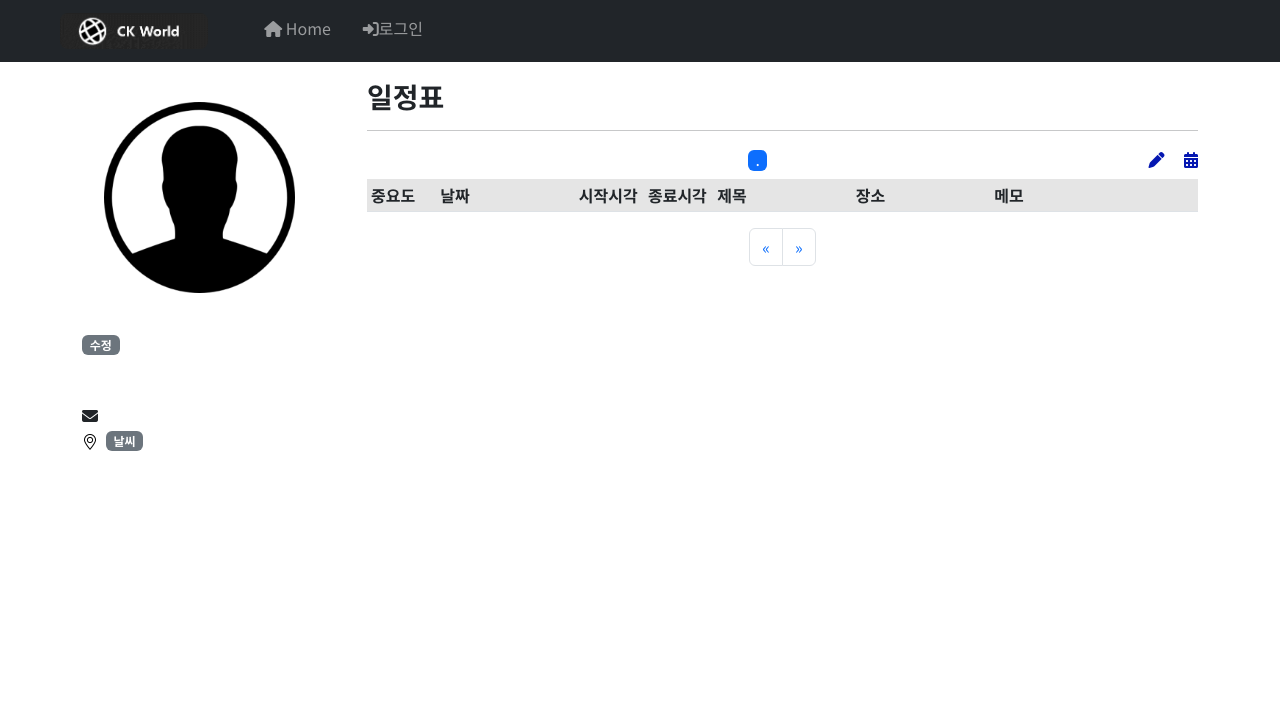
Repository: ssmpet/Spring-BBS-2023.07
Page: http://localhost/sbbs/WEB-INF/view/schedule/list.jsp
The author's editor kept a copy of each file at every save. The page is drawn from the files as they stood at one save, then again after the next save.
The browser window is 1280 px wide. The pictures show the whole page.
Some web fonts or font styles are not loaded; a fallback is used. Some web libraries are served in a nearby version. The page is served by Tomcat 9. Nobody is signed in. Other server files are loaded and not shown. The template is opened directly, without the code that normally fills it, so the values that code supplies are empty.

Above is the page before, as saved 2023-08-02 06:41:53.

### sbbs/src/main/webapp/WEB-INF/view/schedule/list.jsp
<%@ page language="java" contentType="text/html; charset=UTF-8" pageEncoding="UTF-8"%>
<%@ taglib prefix="c" uri="http://java.sun.com/jsp/jstl/core"%>
<%@ taglib prefix="fn" uri="http://java.sun.com/jsp/jstl/functions" %>

<!DOCTYPE html>
<html>
<head>
	<%@ include file="../common/head.jspf" %>
	<style>
		td { text-align: center;}
		.disabled-link { pointer-events: none;}
	</style>
	 <script>
    	function addAnniversary() {
    		$('#addAnnivModal').modal('show');
    	}
    	function getDate(sdate, index) {
    		sdate = sdate + '';
    		let day = new Date(sdate.substring(0,4)+'-'+sdate.substring(4,6)+'-'+sdate.substring(6,8));
    		let date = '일 월 화 수 목 금 토'.split(' ')[day.getDay()];
    		$('#d'+index).text('(' + date + ')');
    	}
    </script>
</head>
<body>

	<%@ include file="../common/top.jspf" %>
 	<div class="container" style="margin-top: 80px;">
    	<div class="row">
			<%@ include file="../common/aside.jspf" %>

			<!-- =================== main =================== -->
            <div class="col-sm-9">
            	<h3><strong>일정표</strong></h3>
            	<hr>
                <div class="d-flex justify-content-between">
                    <div>${today}</div>
                    <div>
                        <span class="badge bg-primary mx-2">${year}.${month}</span>
                    </div>
                    <div>
                    	<a href="#" onclick="addAnniversary()"><i class="fa-solid fa-pen me-3"></i></a>
                    	<a href="/schedule/calendar"><i class="fa-solid fa-calendar-days"></i></a>
                    </div>
                </div>
                <table class="table table-sm mt-2">
                    <tr class="table-active d-flex">
                        <th class="col-1">중요도</th>
                        <th class="col-2">날짜</th>
                        <th class="col-1">시작시각</th>
                        <th class="col-1">종료시각</th>
                        <th class="col-2">제목</th>
                        <th class="col-2">장소</th>
                        <th class="col-3">메모</th>
                    </tr>
                <c:forEach var="sched" items="${schedList}" varStatus="loop">
                    <tr class="d-flex">
                        <td class="col-1" style="text-align: center;">
                        	<input type="checkbox" ${sched.isImportant eq 1 ? 'checked' : ''}>
                        </td>
                        <td class="col-2">
                        	${fn:substring(sched.startTime, 0, 10)}<span id="d${loop.index}"></span>
                        	<script>getDate(${sched.sdate}, ${loop.index})</script>
                        </td>
                        <td class="col-1">${fn:substring(sched.startTime, 11, 16)}</td>
                        <td class="col-1">${fn:substring(sched.endTime, 11, 16)}</td>
                        <td class="col-2">${sched.title}</td>
                        <td class="col-2">${sched.place}</td>
                        <td class="col-3">${sched.memo}</td>
                    </tr>
                </c:forEach>
                </table>
                <ul class="pagination justify-content-center">
                    <li class="page-item"><a class="page-link" href="#">&laquo;</a></li>
                <c:forEach var="page" items="${pageList}" varStatus="loop">
                    <li class="page-item ${(currentSchedulePage eq page) ? 'active' : ''}">
                    	<a class="page-link" href="/schedule/list/${page}">${page}</a>
                    </li>
                </c:forEach>
                    <li class="page-item"><a class="page-link" href="#">&raquo;</a></li>
                </ul>
            </div>
            <!-- =================== main =================== -->

		</div>
    </div>
	<!-- %@ include file="../common/bottom.jspf" %-->

	<div class="modal" id="addAnnivModal">
		<div class="modal-dialog">
			<div class="modal-content">
				<!-- Modal Header -->
				<div class="modal-header">
					<h4 class="modal-title">기념일 추가</h4>
					<button type="button" class="btn-close" data-bs-dismiss="modal"></button>
				</div>

				<!-- Modal body -->
				<div class="modal-body">
					<form action="/schedule/insertAnniv" method="post">
						<table class="table table-borderless">
	                        <tr>
	                            <td style="text-align: left;">
	                                <label for="title">제목</label>
	                                <input class="ms-5 me-2" type="checkbox" name="holiday">공휴일
	                                <input class="form-control" type="text" id="title" name="title">
	                            </td>
	                        </tr>
	                        <tr>
	                            <td style="text-align: left;">
	                                <label for="annivDate">날짜</label>
	                                <input class="form-control" type="date" id="annivDate" name="annivDate">
	                            </td>
	                        </tr>
	                        <tr>
	                            <td style="text-align: right;">
	                                <button class="btn btn-primary me-2" type="submit">제출</button>
	                                <button type="button" class="btn btn-secondary" data-bs-dismiss="modal">종료</button>
	                            </td>
	                        </tr>
	                    </table>
					</form>
				</div>
			</div>
		</div>
	</div>

</body>
</html>

### sbbs/src/main/webapp/WEB-INF/view/common/head.jspf
<%@ page language="java" contentType="text/html; charset=UTF-8" pageEncoding="UTF-8"%>
<%-- <head> 태그 내에 공통으로 들어갈 내용 --%>
<meta charset="UTF-8">
<meta name="viewport" content="width=device-width, initial-scale=1.0">
<title>Spring Boot BBS sample</title>
<link href="https://cdn.jsdelivr.net/npm/bootstrap@5.2.3/dist/css/bootstrap.min.css" rel="stylesheet">
<link href="https://fonts.googleapis.com/css2?family=Noto+Sans+KR&display=swap" rel="stylesheet">
<script src="https://cdn.jsdelivr.net/npm/bootstrap@5.2.3/dist/js/bootstrap.bundle.min.js"></script>
<script src="https://code.jquery.com/jquery-3.6.4.min.js" integrity="sha256-oP6HI9z1XaZNBrJURtCoUT5SUnxFr8s3BzRl+cbzUq8=" crossorigin="anonymous"></script>
<script src="https://kit.fontawesome.com/fbb7139956.js" crossorigin="anonymous"></script>
<link href="https://fonts.googleapis.com/css2?family=Dokdo&family=Gasoek+One&family=Noto+Sans+KR:wght@100;300;400;500;700;900&display=swap" rel="stylesheet">
<%
	response.setHeader("Cache-Control","no-store");
	response.setHeader("Pragma","no-cache");
	response.setDateHeader("Expires",0);
	if (request.getProtocol().equals("HTTP/1.1"))
		response.setHeader("Cache-Control", "no-cache");
%>
<style>
	* { font-family: 'Noto Sans KR', sans-serif; }
	a { text-decoration: none; color: #0517b1;}
</style>
<script src="/sbbs/js/aside.js"></script>

### sbbs/src/main/webapp/WEB-INF/view/common/top.jspf
<%@ page language="java" contentType="text/html; charset=UTF-8" pageEncoding="UTF-8"%>
<%@ taglib prefix="c" uri="http://java.sun.com/jsp/jstl/core" %>

<%-- <body> 상단에 있는 navigation var --%>

<nav class="navbar navbar-expand-sm bg-dark navbar-dark fixed-top">
    <div class="container-fluid">
        <ul class="navbar-nav">
            <a class="navbar-brand ms-5 me-5" href="#">
                <img src="/sbbs/img/ckworld-logo.png" alt="Logo" style="height:36px;" class="rounded-3">
            </a>
            <li class="nav-item">
                <a class="nav-link" href="#"><i class="fa-solid fa-house"></i> Home</a>
            </li>
		<c:if test="${ not empty sessUid }">
            <li class="nav-item ms-3">
                <a class="nav-link ${(menu eq 'board') ? 'active' : ''}" href="/sbbs/board/list?p=1&f=&q="><i class="far fa-list-alt"></i> 게시판</a>
            </li>
            <li class="nav-item ms-3">
                <a class="nav-link  ${(menu eq 'user') ? 'active' : ''}" href="/sbbs/user/list/1"><i class="fas fa-user-friends"></i> 사용자</a>
            </li>
            <li class="nav-item ms-3">
                <a class="nav-link  ${(menu eq 'schedule') ? 'active' : ''}" href="/sbbs/schedule/calendar"><i class="fa-solid fa-calendar-days"></i> 스케줄</a>
            </li>
            <li class="nav-item ms-3">
               	<a class="nav-link" href="/sbbs/user/logout"><i class="fa-solid fa-right-from-bracket"></i> 로그아웃</a>
            </li>
		</c:if>
		<c:if test="${ empty sessUid }">
            <li class="nav-item ms-3">
               	<a class="nav-link" href="/sbbs/user/login"><i class="fa-solid fa-right-to-bracket"></i>로그인</a>
			</li>
		</c:if>
            <%--c:if test="${uid eq 'admin' }">
            	<a class="nav-link" href="/sbbs/board/testBoard">임시 게시판 등록</a>
            </c:if--%>
        </ul>
        <c:if test="${ not empty sessUid }">
        	<span class="navbar-text me-3">${uname}님 환영합니다.</span>
        </c:if>
    </div>
</nav>

### sbbs/src/main/webapp/WEB-INF/view/common/aside.jspf
<%@ page language="java" contentType="text/html; charset=UTF-8" pageEncoding="UTF-8"%>
<%@ taglib prefix="c" uri="http://java.sun.com/jsp/jstl/core"%>
<%-- <body> 좌측에 있는 aside menu --%>

<div class="col-sm-3">
<c:if test="${ empty profile }">
    <img src="/sbbs/img/person.png" class="rounded-circle" alt="사용자 프로필" width="90%">
</c:if>
<c:if test="${ not empty profile }">
    <img src="/sbbs/file/profile/${profile}" class="rounded-circle" alt="사용자 프로필" width="90%">
</c:if>

    <%-- p class="mt-3">피할수 없으면 즐겨라</p--%>
    <div class="mt-3">
    	<span id="stateMsg">${stateMsg}</span>
    	<a href="#" id="stateMsgBtn"><span class="badge bg-secondary">수정</span></a>
    </div>
    <div id="stateMsgInput" class="mt-2 d-none">
    	<input class="form-control form-control-sm" type="text" id="stateInput"
    		   onkeyup="if(window.event.keyCode==13) {changeStateMsg()}">
    	<a href="#" id="stateMsgSubmit"><span class="badge bg-primary">확인</span></a>
    </div>
    <div class="mt-5">
        <i class="fa fa-envelope me-2"></i><a href="#">${email}</a><br>
        <img src="/sbbs/img/addr.png" height="16" class="me-1">
        <span id="addr">${addr}</span>
        <a href="javascript:changeWeather();" ><span class="badge bg-secondary">날씨</span></a>
        <div id="weather"></div>
    </div>
    <c:if test="${ not empty sessUid}">
    	<button class="btn btn-sm btn-outline-primary mt-3" onclick="location.href='/sbbs/user/update/${sessUid}'">Edit Profile</button>
    </c:if>
</div>

### sbbs/src/main/resources/static/js/aside.js
/**
 * aside menu control을 위해 사용됨
 */

 $(document).ready(function() {

	$('#stateMsgBtn').click(function(e) {
		$('#stateMsgInput').attr({'class': 'mt-2'});
		$('#stateInput').attr({value: $('#stateMsg').text()});

	})
	$('#stateMsgSubmit').click(changeStateMsg);

 });

 function changeStateMsg() {

	 $('#stateMsgInput').attr({'class': 'mt-2 d-none'});
	 let stateInputVal = $('#stateInput').val();

	 $.ajax({
		 type: 'GET',
		 url: '/sbbs/aside/stateMsg',
		 data: {stateMsg: stateInputVal},
		 success: function(e) {
			 $('#stateMsg').html(stateInputVal);
		 }
	 });
}


function changeWeather() {

	let addr = $('#addr').text();

	$.ajax({
		type: 'GET',
		url: '/sbbs/aside/weather',
		data: {addr: addr},
		success: function(e) {
			$('#weather').html(e);
		}
	});
}

### sbbs/src/main/webapp/WEB-INF/view/common/bottom.jspf
<%@ page language="java" contentType="text/html; charset=UTF-8" pageEncoding="UTF-8"%>
<%-- <body> 하단에 있는 navigation var --%>

 <nav class="navbar navbar-expand-sm bg-light fixed-bottom">
     <div class="container-fluid justify-content-center text-muted">
         Copyright &copy; 2023 KHW Corp. All rights reserved.
     </div>
</nav>

After the next save:
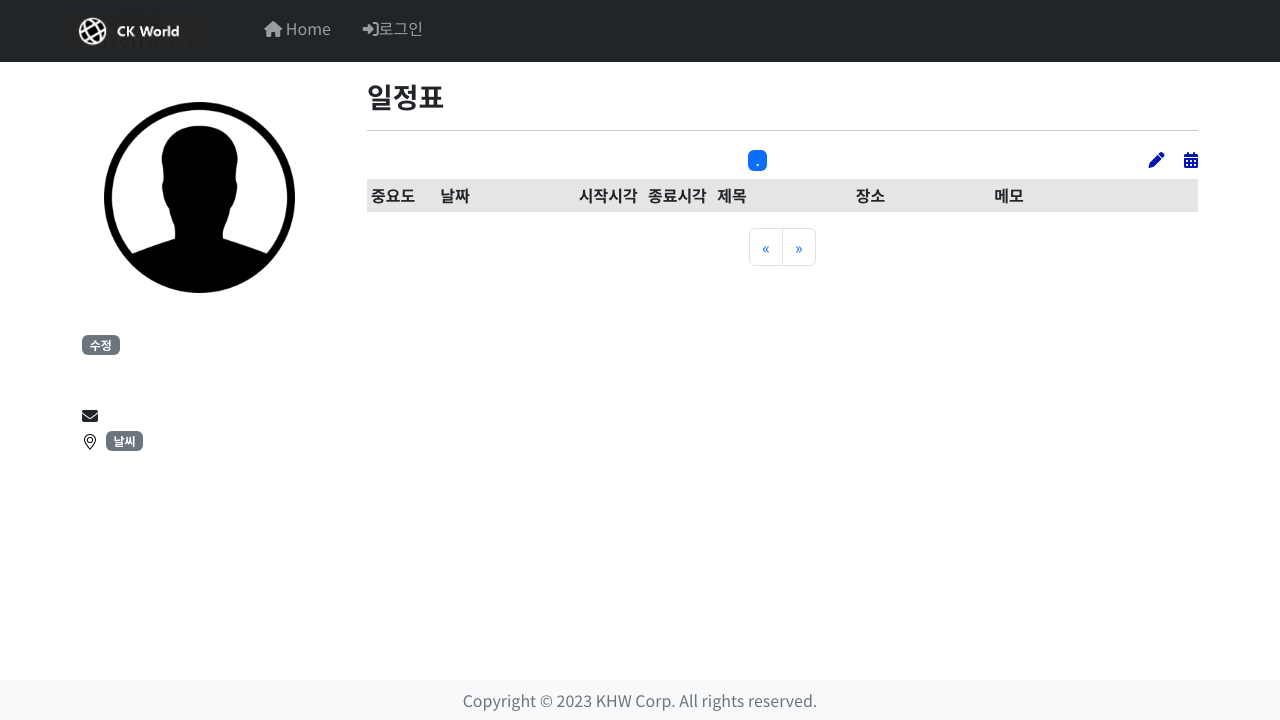
Saved 7 s later.
--- a/sbbs/src/main/webapp/WEB-INF/view/schedule/list.jsp
+++ b/sbbs/src/main/webapp/WEB-INF/view/schedule/list.jsp
@@ -84,7 +84,7 @@
 
 		</div>
     </div>
-	<!-- %@ include file="../common/bottom.jspf" %-->
+	<%@ include file="../common/bottom.jspf" %>
 
 	<div class="modal" id="addAnnivModal">
 		<div class="modal-dialog">
